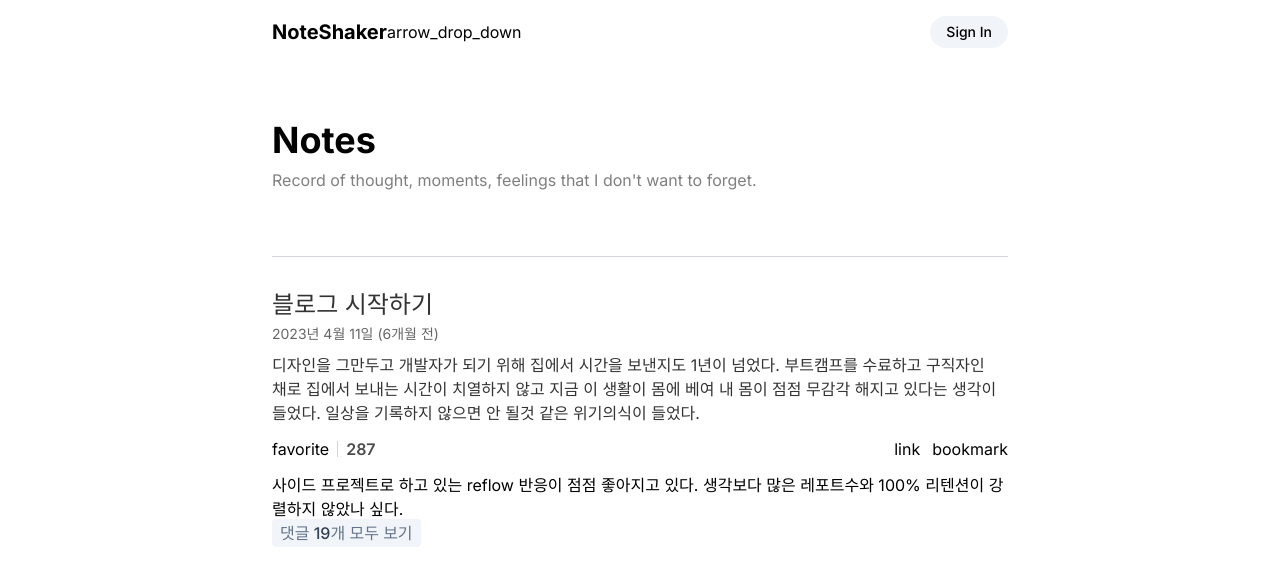
Repository: kwngmin/gongam
Page: /
The author's editor kept a copy of each file at every save. The page is drawn from the files as they stood at one save, then again after the next save.
The browser window is 1280 px wide. The pictures show the whole page.
The page's requests for data from a server got no answer. The project was rebuilt for these pictures with package versions that can differ from the ones it lists, and the page was loaded fresh each time. The framework's server and built-in components were replaced by stand-ins that run in the browser. No one was signed in, and anything a server would have sent is missing. Also part of the build but not shown: next.config.js, src/components/ui/icons/SearchIcon.tsx, src/components/Avatar.tsx, src/components/ui/DockButton.tsx, src/components/ui/Dockbar.tsx.

Above is the page before, as saved 2023-11-05 00:58:04.

After the next save:
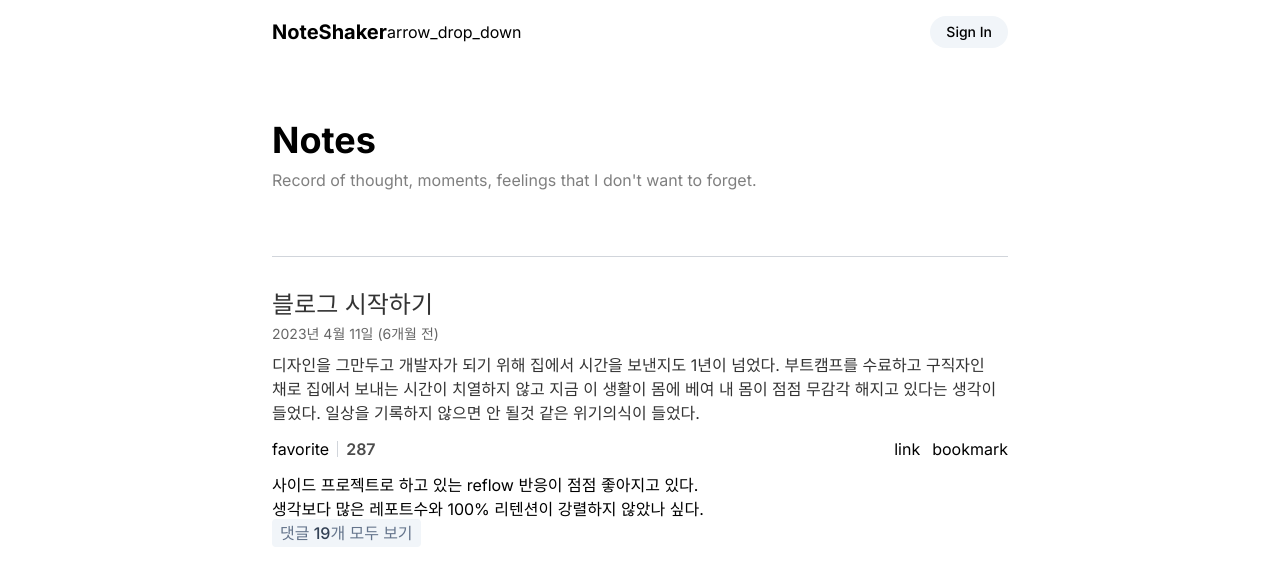
Saved 29 s later.
--- a/src/components/NotePost.tsx
+++ b/src/components/NotePost.tsx
@@ -29,10 +29,8 @@ export default function NotePost() {
           <RoundIcon name='bookmark' style='' />
         </div>
       </div>
-      <div>
-        사이드 프로젝트로 하고 있는 reflow 반응이 점점 좋아지고 있다. 생각보다
-        많은 레포트수와 100% 리텐션이 강렬하지 않았나 싶다.
-      </div>
+      <div>사이드 프로젝트로 하고 있는 reflow 반응이 점점 좋아지고 있다.</div>
+      <div>생각보다 많은 레포트수와 100% 리텐션이 강렬하지 않았나 싶다.</div>
       <span className='cursor-pointer py-1 px-2 bg-slate-100 rounded text-slate-500 select-none font-medium'>
         {/* 댓글 달기 */}
         댓글 <span className='font-medium text-slate-700'>19</span>개 모두 보기
